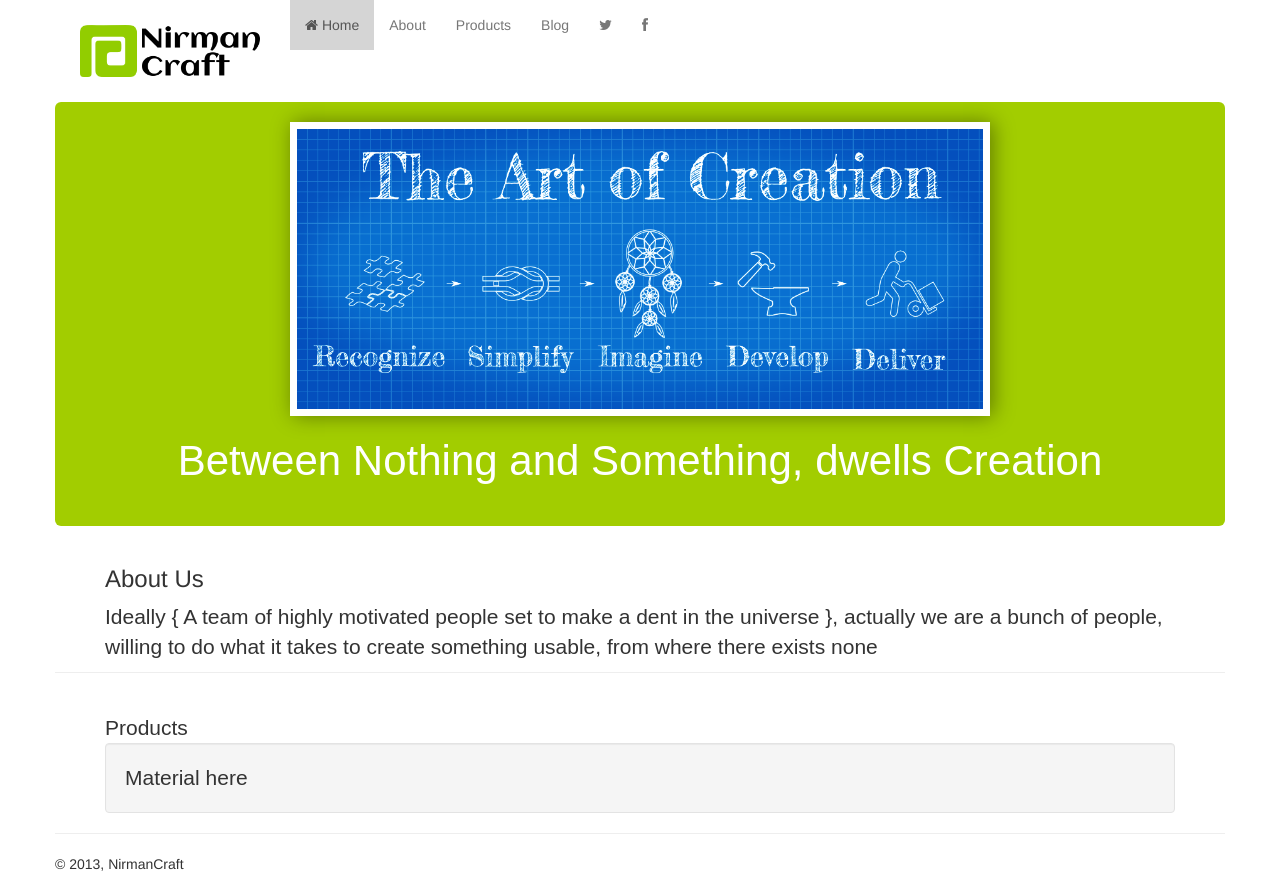
Repository: MeShreyas/NirmanCraftWebsite
Page: NirmanCraft/index.html
These files come from the project's save history. The page is drawn as it stood at one moment and after the next save; the edit follows.
The browser window is 1280 px wide. The pictures show the whole page.
Some web fonts or font styles are not loaded; a fallback is used.

Above is the page before, as saved 2013-10-07 12:36:27.
Console error: ReferenceError: jQuery is not defined

After the next save:
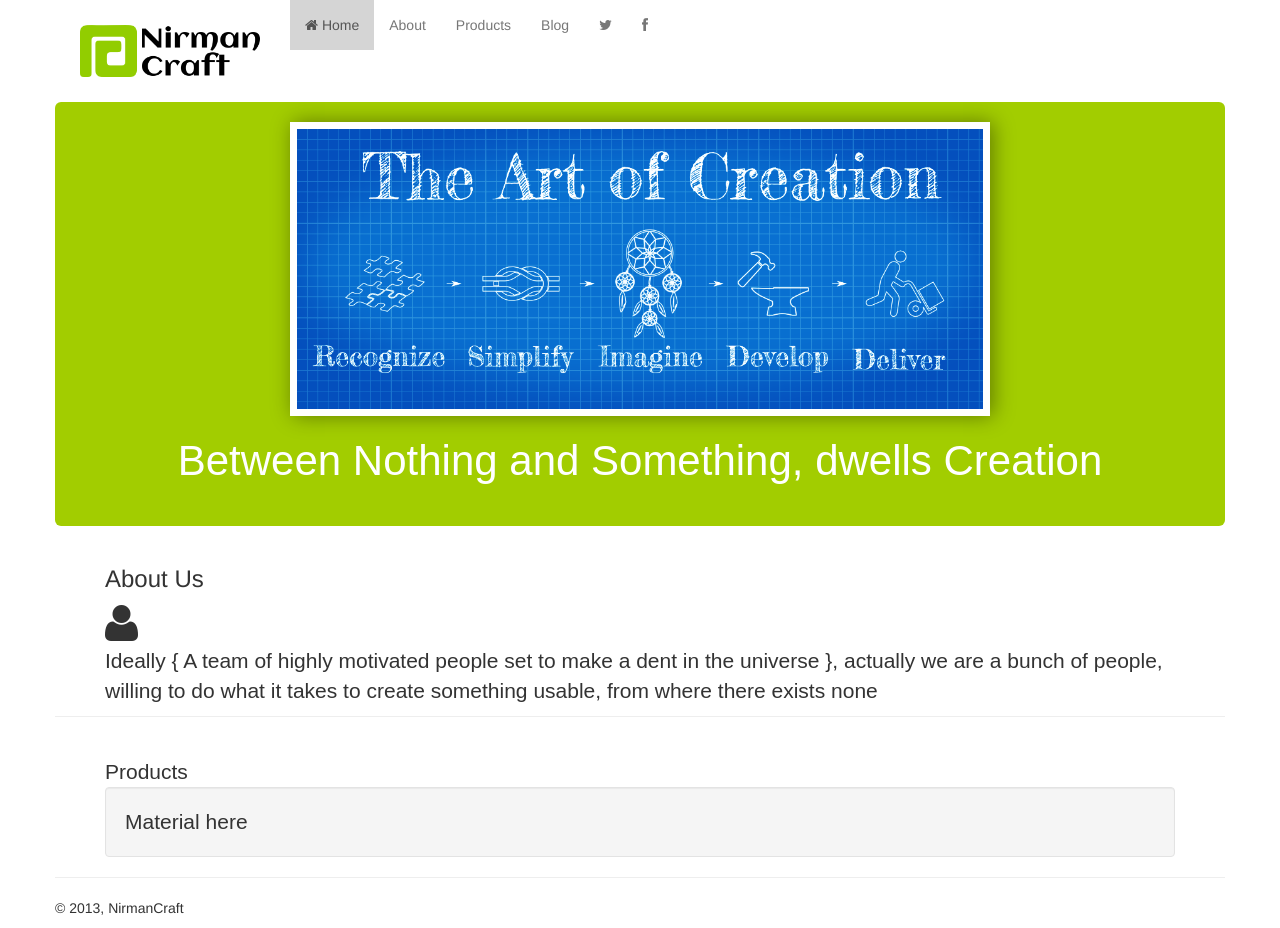
Saved 4 s later.
--- a/NirmanCraft/index.html
+++ b/NirmanCraft/index.html
@@ -77,7 +77,7 @@
 			<div class="page-header header-text" style="padding:0 50px">
 				<h3>About Us</h3>
 				<div>
-					<i class="icon-users icon-2x"></i>
+					<i class="icon-user icon-2x"></i>
 					<p>
 					Ideally { A team of highly motivated people set to make a dent in the universe }, actually we are a bunch
 					of people, willing to do what it takes to create something usable, from where there exists none
